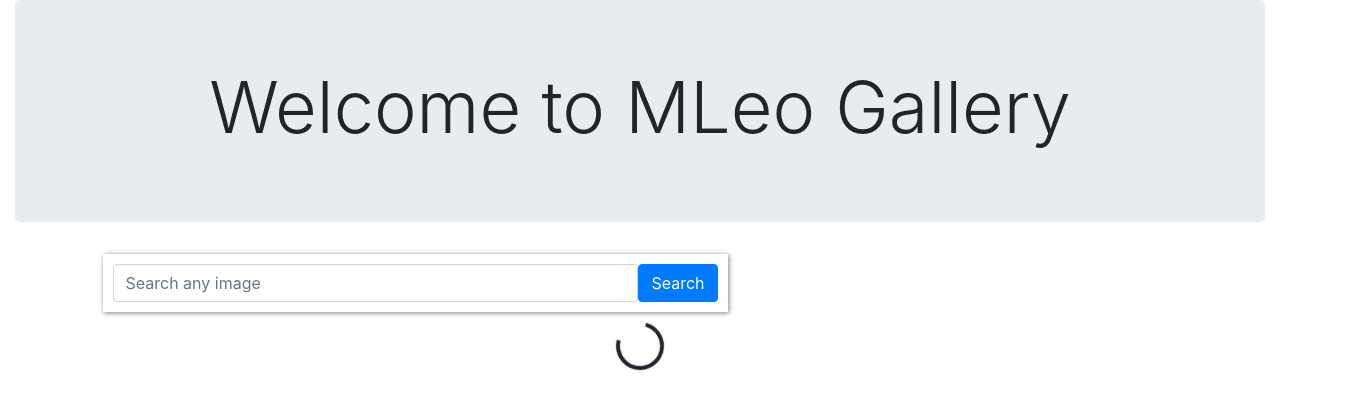
Repository: the-manohar/gallery
Page: /
The author's editor kept a copy of each file at every save. The page is drawn from the files as they stood at one save, then again after the next save.
The browser window is 1280 px wide. The page is 1280 px wide, then 1353 px, so the pictures cover 1353 px, including what lies to the right of the window. The pictures show the whole page.
The project was rebuilt for these pictures with package versions that can differ from the ones it lists, and the page was loaded fresh each time.

Above is the page before, as saved 2020-06-18 23:22:49.

### src/index.js
import React from "react";
import ReactDOM from "react-dom";
import "./index.css";
import "bootstrap/dist/css/bootstrap.css";
import App from "./App";
import * as serviceWorker from "./serviceWorker";

ReactDOM.render(
  <React.StrictMode>
    <App />
  </React.StrictMode>,
  document.getElementById("root")
);

// If you want your app to work offline and load faster, you can change
// unregister() to register() below. Note this comes with some pitfalls.
// Learn more about service workers: https://bit.ly/CRA-PWA
serviceWorker.unregister();

### src/App.js
import React, { useState } from "react";
import {
  Button,
  InputGroup,
  InputGroupText,
  InputGroupAddon,
  Input,
  Jumbotron,
  Spinner,
} from "reactstrap";

import "./App.css";

function App() {
  const [value, setValue] = useState("");
  const [result, setResult] = useState([]);
  const fetchImages = () => {
    fetch(
      `https://api.unsplash.com/search/photos/?client_id=V38aA4zOjg1Xb1lBpNRUAK8duXvqwhDHHJbssXB_Pps&query=${value}&orientation=squarish&per_page=18`
    )
      .then((res) => res.json())
      .then((data) => {
        setResult(data.results);
      });
  };
  return (
    <div className="App col-sm-12">
      <Jumbotron>
        <h1 className="display-3">Welcome to MLeo Gallery</h1>
      </Jumbotron>
      <div className="mydiv col-sm-6">
        {/* <span>Search</span> */}
        <InputGroup>
          {/* <InputGroupAddon addonType="prepend">
            <InputGroupText>Images</InputGroupText>
          </InputGroupAddon> */}
          <Input
            placeholder="Search any image"
            value={value}
            onChange={(event) => setValue(event.target.value)}
          />
        </InputGroup>
        <Button color="primary" onClick={() => fetchImages()}>
          Search
        </Button>
      </div>

      {result.length > 0 ? (
        <div className="gallery col-sm-12">
          {result.map((item) => {
            return (
              <img
                className="item img-thumbnail"
                key={item.id}
                src={item.urls.small}
                alt={item.urls.small}
              />
            );
          })}
        </div>
      ) : (
        <Spinner style={{ width: "3rem", height: "3rem" }} />
      )}
    </div>
  );
}

export default App;

//

### src/App.css
.App {
  text-align: center;
}
.mydiv {
  display: flex;
  justify-content: space-around;
  margin: 10px 7%;
  box-shadow: 1px 1px 5px grey;
  padding: 10px;
}

.gallery {
  display: flex;
  flex-wrap: wrap;
  justify-content: space-around;
}
.item {
  width: 30%;
  margin: 5px;
}

Loaded but not shown: public/index.html (common file); src/index.css (common file); src/serviceWorker.js (common file)

After the next save:
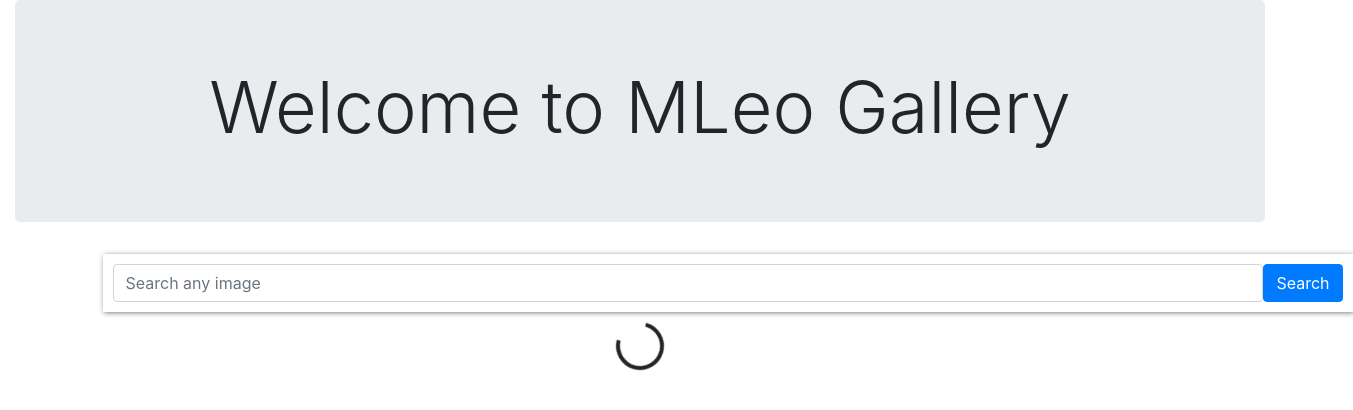
Saved 14 s later.
--- a/src/App.js
+++ b/src/App.js
@@ -28,7 +28,7 @@ function App() {
       <Jumbotron>
         <h1 className="display-3">Welcome to MLeo Gallery</h1>
       </Jumbotron>
-      <div className="mydiv col-sm-6">
+      <div className="mydiv col-sm-12">
         {/* <span>Search</span> */}
         <InputGroup>
           {/* <InputGroupAddon addonType="prepend">
